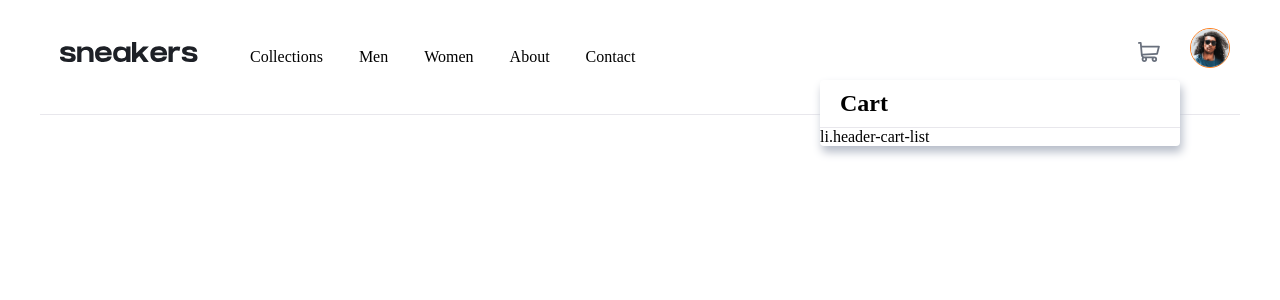
Repository: Bakyproit/Ecommerce
Page: index.html
These files come from the project's save history. The page is drawn as it stood at one moment and after a run of saves; the edit follows.
The browser window is 1280 px wide. The pictures show the whole page.
The style sheet was rebuilt from its Sass, Less or Tailwind sources for each picture, by a compiler version that may differ from the author's.

Above is the page before, as saved 2022-02-14 13:41:18.

After the next 2 saves:
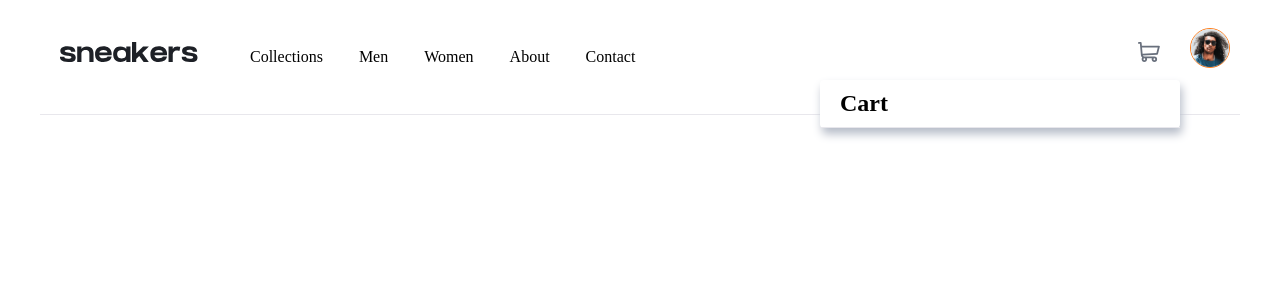
The 2 saves are shown as one change because they came seconds apart.
The last was saved 7 s later.
--- a/index.html
+++ b/index.html
@@ -48,7 +48,9 @@
                         <span class="header-cart-message">Your cart is empty</span>
 
                         <ul class="header-cart-list">
-                            li.header-cart-list
+                            <li class="header-cart-list-item">
+
+                            </li>
                         </ul>
 
 
